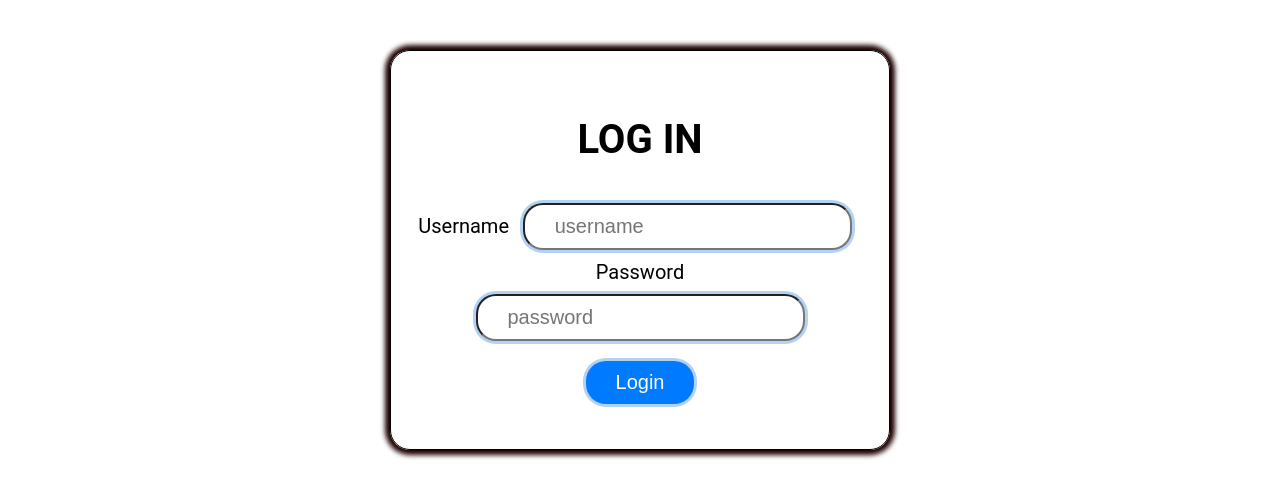
Repository: huyna1707/learning-git
Page: index.html
These files come from the project's save history. The page is drawn as it stood at one moment and after a run of saves; the edit follows.
The browser window is 1280 px wide. The pictures show the whole page.

Above is the page before, as saved 2024-08-09 23:30:39.

### index.html
<!DOCTYPE html>
<html>
<head>
    <title>Form Login</title>
    <link rel="stylesheet" href="style.css">
    <script defer src="main.js"></script>
</head>
<body>
    <form action="menu">
        <h4>LOG IN</h4>
        <div class="user">
            <label for="username">Username</label>
            <input type="text" placeholder="username" id="username">
        </div>

        <label for="passworld">Password</label>
        <input type="password" placeholder="password" id="password">
        <button type="button" onclick="login()">Login</button>
    </form>
</body>
</html>

### style.css
*{
    margin: 0;
    padding: 0;
    box-sizing: border-box;
}

html{
    font-size: 15px;
    font-family: 'Roboto', sans-serif;
    display: flex;
    justify-content: center;
    align-items: center;
}

form{
    width: 500px;
    height: 400px;
    display: flex;
    flex-direction: column;
    justify-content: center;
    align-items: center;
    margin: 50px 0;
    border: 1px solid black;
    border-radius: 20px;
    box-shadow: rgb(30, 0, 0) 0 0 5px 5px;
}

form h4{
    font-size: 40px;
    font-weight: 600;
    margin: 30px;;
}
form label{
    font-size : 20px;
}
form input{
    border-radius: 20px;
    font-size: 20px;
    padding: 10px 30px;
    box-shadow: rgba(3, 102, 214, 0.3) 0px 0px 0px 3px;
    margin : 10px;
}

form button{
    border: none;
    border-radius: 20px;
    font-size: 20px;
    padding: 10px 30px;
    background-color: #007bff;
    color: white;
    box-shadow: rgba(3, 102, 214, 0.3) 0px 0px 0px 3px;
    margin : 10px;
}

form button:hover{
    color: black;
    transition: 0.3s ease;
}

### main.js
// window.prompt('What is your name?');

After the next 4 saves:
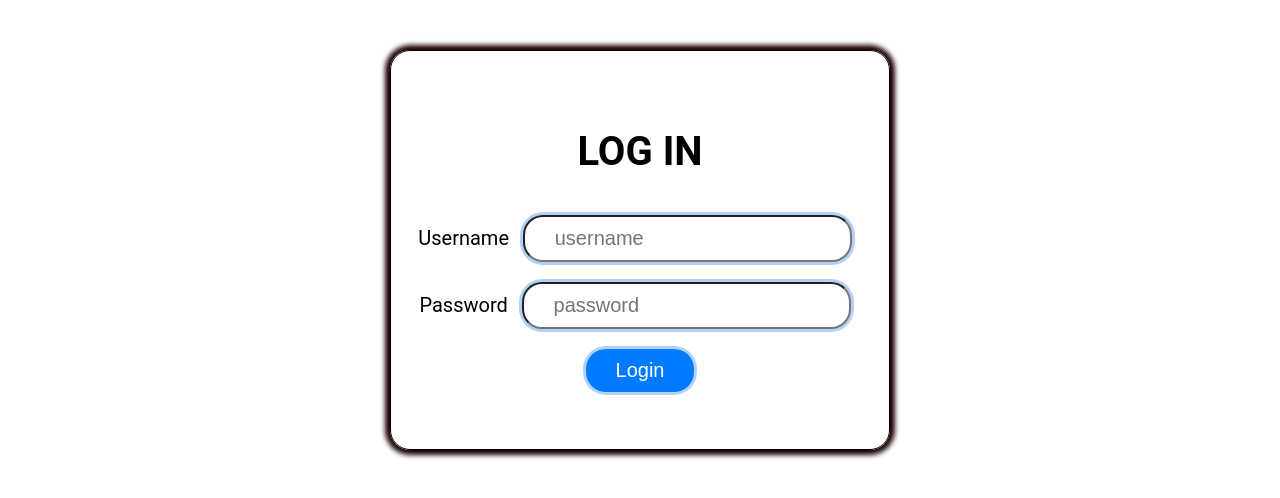
The 4 saves are shown as one change because they came seconds apart.
The last was saved 10 s later.
--- a/index.html
+++ b/index.html
@@ -12,9 +12,10 @@
             <label for="username">Username</label>
             <input type="text" placeholder="username" id="username">
         </div>
-
-        <label for="passworld">Password</label>
-        <input type="password" placeholder="password" id="password">
+        <div class="pass">
+            <label for="passworld">Password</label>
+            <input type="password" placeholder="password" id="password">
+        </div>
         <button type="button" onclick="login()">Login</button>
     </form>
 </body>
